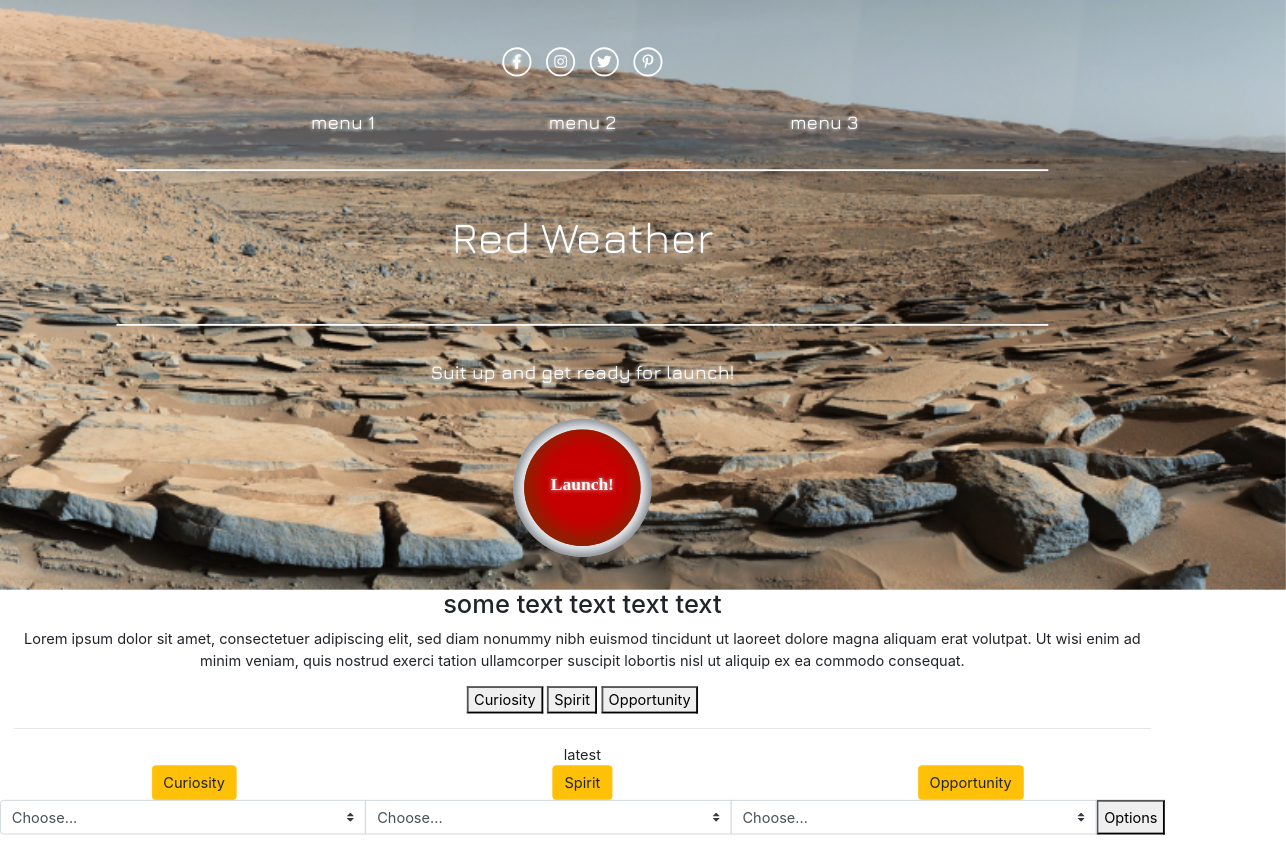
Repository: romqrq/Red-Planet-Explorer
Page: index.html
The author's editor kept a record of every edit. The page is drawn from the files as they stood at one moment, then again after the next edit.
The browser window is 1280 px wide. The page is 1413 px wide, so the pictures cover 1413 px, including what lies to the right of the window. The pictures show the whole page, at 91% of full size.
Some web fonts or font styles are not loaded; a fallback is used. Some web libraries are served in a nearby version.

Above is the page before.

### index.html
<!DOCTYPE html>
<html lang="en">

<head>
    <meta charset="UTF-8">
    <meta name="viewport" content="width=device-width, initial-scale=1.0">
    <meta http-equiv="X-UA-Compatible" content="ie=edge">
    <title>Red Weather</title>
    <link rel="stylesheet" href="https://cdnjs.cloudflare.com/ajax/libs/font-awesome/5.10.2/css/all.min.css" type="text/css" />
    <link rel="stylesheet" href="https://stackpath.bootstrapcdn.com/bootstrap/4.3.1/css/bootstrap.min.css" crossorigin="anonymous">
    <link rel="stylesheet" href="assets/css/style.css" type="text/css" />


    <script src="https://code.jquery.com/jquery-3.4.1.min.js" integrity="sha256-CSXorXvZcTkaix6Yvo6HppcZGetbYMGWSFlBw8HfCJo=" crossorigin="anonymous"></script>
    <script type="text/javascript" src="assets/js/main.js"></script>
    <!--<script type="text/javascript" src="assets/js/main2.js"></script>-->
    <!--<script type="text/javascript" src="assets/js/main3.js"></script>-->

</head>

<body>
    <header>
        <div class="container-fluid main-screen-container">
            <img class="testbg" src="assets/images/mars.png"></img>
            <div class="row social-row">
                <div class="col-12 social-col">
                    <i class="fab fa-facebook-f round-border text-shadow"></i>
                    <i class="fab fa-instagram round-border"></i>
                    <i class="fab fa-twitter round-border"></i>
                    <i class="fab fa-pinterest-p round-border"></i>
                </div>
            </div>
            <div class="row" role="navigation">
                <a class="col-4 text-right main-text-light text-shadow" href="#">menu 1</a>
                <a class="col-4 text-center main-text-light text-shadow" href="#">menu 2</a>
                <a class="col-4 text-left main-text-light text-shadow" href="#">menu 3</a>
            </div>
            <hr class="hr-divider">
            <div class="row">
                <div class="col-12 text-center">
                    <p class="main-title title-shadow">Red Weather</p>
                </div>
            </div>
            <hr class="hr-divider">
            <div class="row">
                <div class="col-12">
                    <p class="main-text-light text-center text-shadow">Suit up and get ready for launch!</p>
                </div>
            </div>
            <div>
                <div class="launch-button-div">
                    <button class="btn launch-button">Launch!</button>
                </div>
            </div>
            <!--<div class="row">-->
            <!--    <div class=navbar>-->
            <!--        <ul class="navbar-nav">-->
            <!--            <li class="nav-item">-->
            <!--                <a href="#" class="nav-link">menu button 1</a>-->
            <!--            </li>-->
            <!--            <li class="nav-item">-->
            <!--                <a href="#" class="nav-link">menu button 2</a>-->
            <!--            </li>-->
            <!--            <li class="nav-item">-->
            <!--                <a href="#" class="nav-link">menu button 3</a>-->
            <!--            </li>-->
            <!--        </ul>-->
            <!--    </div>-->
            <!--</div>-->
        </div>
        <!--<nav class="navbar navbar-expand-md navbar-dark bg-blue">-->
        <!-- Brand -->
        <!--    <a class="brand-text" href="#"><span class="NE-text">RW</span> | Red Weather</a>-->

        <!-- Toggler/collapsibe Button -->
        <!--    <button class="navbar-toggler" type="button" data-toggle="collapse" data-target="#collapsibleNavbar">-->
        <!--        <span class="navbar-toggler-icon"></span>-->
        <!--    </button>-->

        <!-- Navbar links -->
        <!--    <div class="collapse navbar-collapse" id="collapsibleNavbar">-->
        <!--        <ul class="navbar-nav">-->
        <!--            <li class="nav-item">-->
        <!--                <a class="nav-link" href="#">Link</a>-->
        <!--            </li>-->
        <!--            <li class="nav-item">-->
        <!--                <a class="nav-link" href="#">Link</a>-->
        <!--            </li>-->
        <!--            <li class="nav-item">-->
        <!--                <a class="nav-link" href="#">Link</a>-->
        <!--            </li>-->
        <!--        </ul>-->
        <!--    </div>-->
        <!--</nav>-->
    </header>
    <section class="callout">
        <div class="container-fluid text-center align-middle">
            <div>
                <h3>some text text text text</h3>
                <p>Lorem ipsum dolor sit amet, consectetuer adipiscing elit, sed diam nonummy nibh euismod tincidunt ut laoreet dolore magna aliquam erat volutpat. Ut wisi enim ad minim veniam, quis nostrud exerci tation ullamcorper suscipit lobortis nisl
                    ut aliquip ex ea commodo consequat.</pp>
            </div>
            <button onclick="setName('curiosity'), writeToDocument()">Curiosity</button>
            <button onclick="setName('spirit'), writeToDocument()">Spirit</button>
            <button onclick="setName('opportunity')">Opportunity</button>
            <hr>
            <div>latest</div>
            <div class="row">
                <div class="col-4">
                    <button class="btn btn-warning" onclick="writeLatestToDocument()" value="curiosity">Curiosity</button>
                </div>
                <div class="col-4">
                    <button class="btn btn-warning" onclick="writeLatestToDocument()" value="spirit">Spirit</button>
                </div>
                <div class="col-4">
                    <button class="btn btn-warning" onclick="writeLatestToDocument()" value="opportunity">Opportunity</button>
                </div>
            </div>
        </div>
    </section>

    <div class="input-group mb-3">
        <div class="input-group mb-3">
            <select class="custom-select" id="inputRoverName">
            <option selected>Choose...</option>
            <option value="curiosity">Curiosity</option>
            <option value="spirit">Spirit</option>
            <option value="opportunity">Opportunity</option>
        </select>
            <select class="custom-select" id="inputSolNumber">
          <option selected>Choose...</option>
          <option value="500">500</option>
          <option value="1000">1000</option>
          <option value="1500">1500</option>
        </select>
            <select class="custom-select" id="inputCamName">
          <option selected>Choose...</option>
          <option value="fhaz">FHAZ</option>
          <option value="rhaz">RHAZ</option>
          <option value="mast">Mast</option>
        </select>
            <button onclick="writeParamsToDocument()">Options</button>
        </div>


        <div id="data"></div>
        <div id="data2"></div>
        <footer>

        </footer>
        <script src="https://code.jquery.com/jquery-3.3.1.slim.min.js" integrity="sha384-q8i/X+965DzO0rT7abK41JStQIAqVgRVzpbzo5smXKp4YfRvH+8abtTE1Pi6jizo" crossorigin="anonymous"></script>
        <script src="https://cdnjs.cloudflare.com/ajax/libs/popper.js/1.14.7/umd/popper.min.js" integrity="sha384-UO2eT0CpHqdSJQ6hJty5KVphtPhzWj9WO1clHTMGa3JDZwrnQq4sF86dIHNDz0W1" crossorigin="anonymous"></script>
        <script src="https://stackpath.bootstrapcdn.com/bootstrap/4.3.1/js/bootstrap.min.js" integrity="sha384-JjSmVgyd0p3pXB1rRibZUAYoIIy6OrQ6VrjIEaFf/nJGzIxFDsf4x0xIM+B07jRM" crossorigin="anonymous"></script>

</body>

</html>

### assets/css/style.css
/*General*/

@import url('https://fonts.googleapis.com/css?family=Revalia|Roboto:400,500|Jura:300,400,500&display=swap');

.testbg {
    position: absolute;
    top: 0;
    left: 0;
    height: 90vh;
    z-index: -1;
}

a {
    text-decoration: none;
    color: inherit;

}

/*.bg-blue {*/

/*    background-color: #01479e;*/

/*}*/

/*.callout {*/

/*    background-color: #e9ecefb0;*/

/*    height: 50vh;*/

/*}*/

.title-shadow {
    text-shadow: -1px 3px 8px #ffffff9e;
}

.text-shadow {
    text-shadow: -1px 1px 4px #ffffff;
}

.no-side-padding {
    padding-left: 0;
    padding-right: 0;
}

.main-screen-container {
    height: 90vh;
    padding: 1rem;
    /*background-image: url("mars.png");*/
    /*background-position: center;*/
    /*background-repeat: no-repeat;*/
    /*background-size: cover;*/
    /*background-color: black;*/
    display: flex;
    flex-direction: column;
    justify-content: space-evenly;
}

.social-row {
    padding: 1rem;
}

.social-col {
    flex-direction: row;
    display: flex;
    justify-content: center;
}

.round-border {
    border-radius: 50%;
    height: 2rem;
    border: 2px solid white;
    width: 2rem;
    justify-content: center;
    display: flex;
    line-height: 1.8rem;
    color: white;
    margin: 0 0.5rem;
}

.main-text-light {
    color: white;
    font-family: "Jura", "Revalia";
    font-weight: 500;
    font-size: 1.3rem;
}

.main-title {
    font-family: "Revalia", "Jura";
    font-size: 3rem;
    color: white;
    padding: 0 0 0.5rem;
}

.hr-divider {
    border-top: 2px solid rgb(255, 255, 255);
    width: 80vw;
}

.launch-button-div {
    height: 9.5rem;
    width: 9.5rem;
    background-color: #e9ecef;
    padding: 0.75rem;
    border-radius: 50%;
    box-shadow: inset 0px 0px 9px 5px #343a408a;
    margin: auto;
}

.launch-button {
    background-color: #c60000;
    color: white;
    border: 0px solid white;
    font-size: 1.2rem;
    font-family: "Revalia";
    font-weight: 700;
    text-shadow: 0px 0px 5px #ffffffcf;
    padding: 0.5rem 1rem 1rem;
    height: 8rem;
    width: 8rem;
    border-radius: 50%;
    box-shadow: inset 3px -4px 20px 7px #842600;
}

/*.main-subtitle {*/

/*    color: white;*/

/*    font-family: "Jura", "Revalia";*/

/*    font-weight: 500;*/

/*    font-size: 1.3rem;*/

/*}*/

### assets/js/main.js
// var roverName = "curiosity";
// var solNumber = ""; //"&sol=1000";
// var camName = "&camera=FHAZ";
// var pageNumber = ""; //"&page=1"
// var earthDate = "earth_date=2015-6-3"


//WORKS xhr.open("GET", "https://api.nasa.gov/insight_weather/?api_key=unJZiQapXhyZamSl37P8FEh7Zlssi7xmaIF4l95b&feedtype=json&ver=1.0");
//WORKS xhr.open("GET", "https://api.nasa.gov/mars-photos/api/v1/rovers/curiosity/latest_photos?api_key=unJZiQapXhyZamSl37P8FEh7Zlssi7xmaIF4l95b&feedtype=json&ver=1.0");
//WORKS xhr.open("GET", "https://api.nasa.gov/mars-photos/api/v1/manifests/curiosity?api_key=unJZiQapXhyZamSl37P8FEh7Zlssi7xmaIF4l95b&feedtype=json&ver=1.0");




//Pick latest photo by rover name
function getLatest(cb) {
	// roverName = function() {
	// 	if (document.getElementById("buttonCuriosity") == true) {
	// 		var e = document.getElementById("buttonCuriosity");
	// 		return e.options[e.selectedIndex].value;
	// 	}
	// }
	$('.latest-button').on('click', function() {
		var e = document.getElementById(this.id);
		roverName = e.options[e.selectedIndex].value;
	});
	console.log(roverName);
	// var e = document.getElementById("buttonCuriosity");
	// var roverName = e.options[e.selectedIndex].value;
	var xhr = new XMLHttpRequest();
	xhr.onreadystatechange = function() {
		if (this.readyState == 4 && this.status == 200) {
			// document.getElementById("data").innerHTML = JSON.parse(this.responseText);
			console.log(JSON.parse(this.responseText));
			cb(JSON.parse(this.responseText));
		}
	};
	xhr.open("GET", "https://api.nasa.gov/mars-photos/api/v1/rovers/" + roverName + "/latest_photos?api_key=unJZiQapXhyZamSl37P8FEh7Zlssi7xmaIF4l95b&feedtype=json&ver=1.0");
	xhr.send();

}

function writeLatestToDocument() {
	var el = document.getElementById("data");
	el.innerHTML = "";

	getLatest(function(data) {
		data = data.latest_photos;

		data.forEach(function(item) {
			el.innerHTML += `<img src=${item.img_src} height=150 width=150>`;
		});
	});
}





// function getLatest(cb) {
// 	var xhr = new XMLHttpRequest();

// 	xhr.onreadystatechange = function() {
// 		if (this.readyState == 4 && this.status == 200) {
// 			// document.getElementById("data").innerHTML = JSON.parse(this.responseText);
// 			console.log(JSON.parse(this.responseText));
// 			cb(JSON.parse(this.responseText));
// 		}
// 	};

// 	xhr.open("GET", "https://api.nasa.gov/mars-photos/api/v1/rovers/curiosity/latest_photos?api_key=unJZiQapXhyZamSl37P8FEh7Zlssi7xmaIF4l95b&feedtype=json&ver=1.0");
// 	xhr.send();
// }

// function writeToDocument() {
// 	var el = document.getElementById("data");
// 	el.innerHTML = "";

// 	getLatest(function(data) {
// 		data = data.latest_photos;

// 		data.forEach(function(item) {
// 			el.innerHTML += `<img src=${item.img_src} height=150 width=150>`;
// 		});
// 	});
// }
var xhr = new XMLHttpRequest();
var roverName = ""; //"curiosity";
var solNumber = ""; //"&sol=1000";
var camName = ""; //"&camera=FHAZ";
var pageNumber = ""; //"&page=1"
var earthDate = ""; //"earth_date=2015-6-3"

function getParamsData(cb) {
	var rvn = document.getElementById("inputRoverName");
	var roverName = rvn.options[rvn.selectedIndex].value;

	var snb = document.getElementById("inputSolNumber");
	var solNumber = `&sol=${snb.options[snb.selectedIndex].value}`;

	var cmn = document.getElementById("inputCamName");
	var camName = `&camera=${cmn.options[cmn.selectedIndex].value}`;

	// var pgn = document.getElementById("inputPageNumber");
	// var pageNumber = `&page=${pgn.options[pgn.selectedIndex].value}`;

	// var ead = document.getElementById("inputEarthDate");
	// var earthDate = `earth_date=${ead.options[ead.selectedIndex].value}`;

	var xhr = new XMLHttpRequest();
	xhr.onreadystatechange = function() {
		if (this.readyState == 4 && this.status == 200) {
			// document.getElementById("data").innerHTML = JSON.parse(this.responseText);
			console.log(JSON.parse(this.responseText));
			cb(JSON.parse(this.responseText));
		}
	};
	xhr.open("GET", `https://api.nasa.gov/mars-photos/api/v1/rovers/${roverName}/photos?${earthDate}${solNumber}${camName}${pageNumber}&api_key=unJZiQapXhyZamSl37P8FEh7Zlssi7xmaIF4l95b`);
	xhr.send();

}

function writeParamsToDocument() {
	var el = document.getElementById("data2");
	el.innerHTML = "";

	getParamsData(function(data) {
		data = data.photos;

		data.forEach(function(item) {
			// for (item in data) {
			el.innerHTML += `<img src=${item.img_src} height=150 width=150>`;
		});
	});
}

After the next edit:
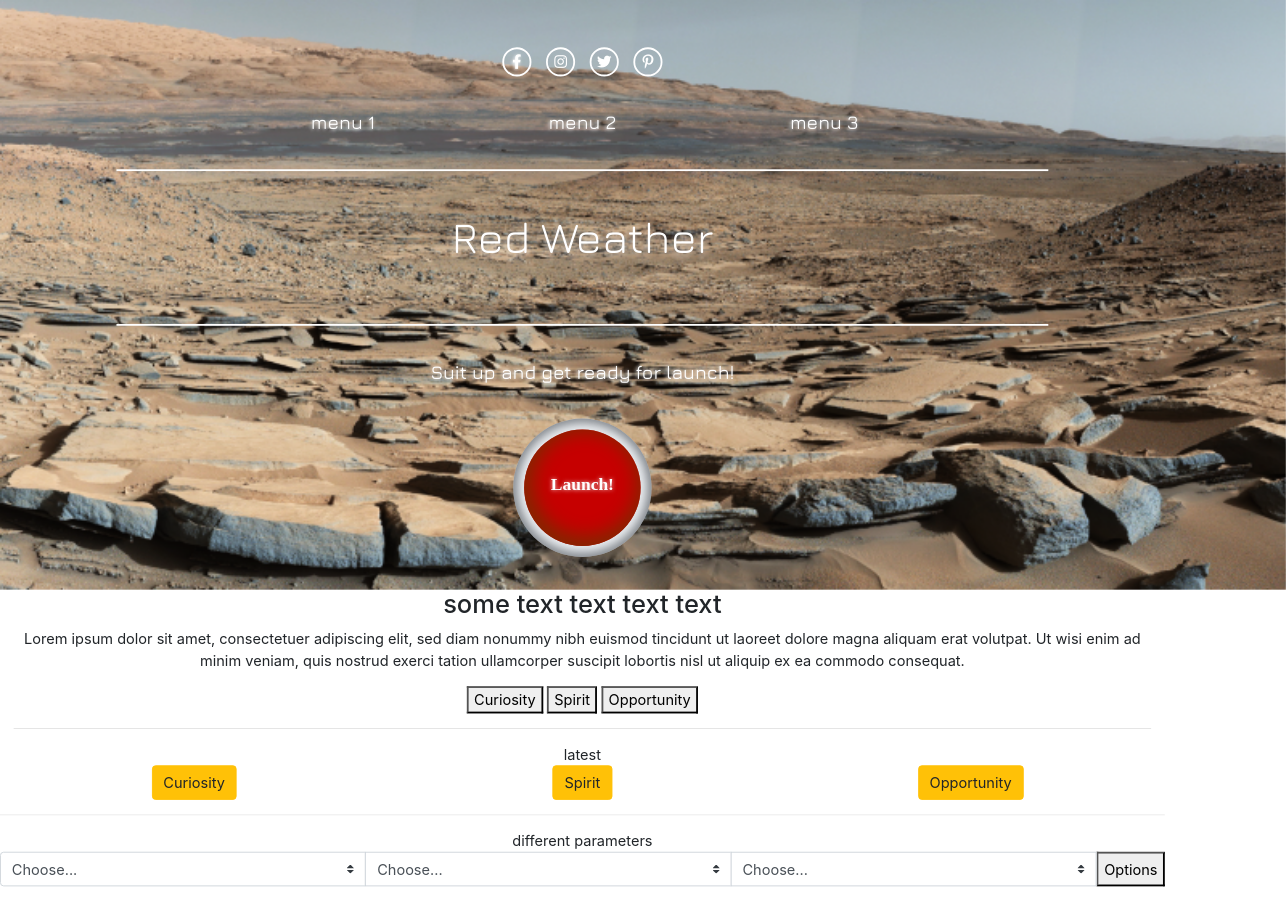
The edit:
--- a/index.html
+++ b/index.html
@@ -118,7 +118,8 @@
             </div>
         </div>
     </section>
-
+    <hr>
+    <div class=text-center>different parameters</div>
     <div class="input-group mb-3">
         <div class="input-group mb-3">
             <select class="custom-select" id="inputRoverName">
